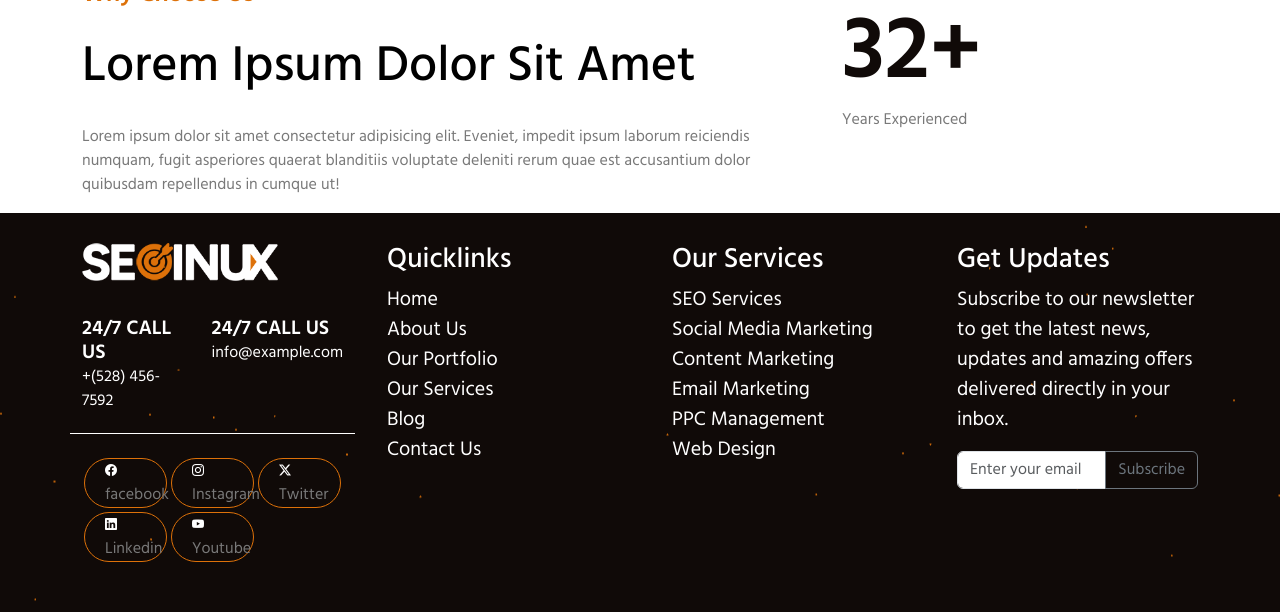
Repository: tagnam/seoinox
Page: about.html
These files come from the project's save history. The page is drawn as it stood at one moment and after a run of saves; the edit follows.
The browser window is 1280 px wide. The pictures show the part of the page from y = 3019 to 3631 px (the page is 3631 px tall before and 3607 px after).
A picture or video elsewhere on the page could not be fetched, so the positions and the page height are approximate. Backgrounds fixed to the window are drawn as part of the page.

Above is the page before, as saved 2025-02-26 11:06:32.

### about.html
<!DOCTYPE html>
<html lang="en">
<head>
    <meta charset="UTF-8">
    <meta name="viewport" content="width=device-width, initial-scale=1.0">
    <title>SEOINOX</title>
    <link href="https://cdn.jsdelivr.net/npm/bootstrap@5.3.3/dist/css/bootstrap.min.css" rel="stylesheet" integrity="sha384-QWTKZyjpPEjISv5WaRU9OFeRpok6YctnYmDr5pNlyT2bRjXh0JMhjY6hW+ALEwIH" crossorigin="anonymous">
    <link rel="stylesheet" href="style/css/style.css">
    <link rel="stylesheet" href="style/css/responsive.css">
    <link rel="stylesheet" href="style/css/animation.css">
</head>


<body>
  <header>
    <nav class="navbar navbar-expand-lg ">
        <div class="container-fluid">
          <a class="navbar-brand" href="#"><img src="images/main-logo-sec.png" width="100%" alt=""></a>
          <button class="navbar-toggler" type="button" data-bs-toggle="collapse" data-bs-target="#navbarSupportedContent" aria-controls="navbarSupportedContent" aria-expanded="false" aria-label="Toggle navigation">
            <span class="navbar-toggler-icon"></span>
          </button>
          <div class="collapse navbar-collapse custom-navbar-collapse" id="navbarSupportedContent">
            <ul class="navbar-nav custom-navbar-nav">
              <li class="nav-item">
                <a class="nav-link active" aria-current="page" href="/">Home</a>
              </li>
              <li class="nav-item">
                <a class="nav-link" href="about.html">About US</a>
              </li>
              <li class="nav-item">
                <a class="nav-link" href="portfolio.html">Our Portfolio</a>
              </li>
              <li class="nav-item">
                <a class="nav-link" href="service.html">Our Services</a>
              </li>
              <li class="nav-item">
                <a class="nav-link" href="blog.html">Blog</a>
              </li>
              <li class="nav-item">
                <a class="nav-link" href="contact.html">Contact Us</a>
              </li>
            </ul>
            <div class="d-flex" role="search">
                    <div class="menu-icon">
                        <div class="menu-icon-item"> </div>
                        <div class="menu-icon-item"></div>
                        <div class="menu-icon-item"></div>
                    </div>
            </div>
          </div>
        </div>
      </nav>
  </header>


<!--====================================== start hero section  ============================-->
 <section class="inner-page-hero-section">
    <div class="container">
        <div class="row">
                <div class="col-lg-12" style="z-index: 10;">
                    <div class="page-title">
                        <h2> About Us</h2>
                    </div>
                </div>
        </div>
    </div>
    <div class="overlay"></div>
 </section>

<!--====================================== end hero section  ============================-->

  <!--====================================== start about section  ============================-->
  <section class="about-section">
    <div class="container">
      <div class="row">
        <div class="col-lg-6" style="height: 800px;">
          <div class="about-img-container">
            <img src="images/about-image.png" alt="">
          </div>
        </div>
        <div class="col-lg-6">

          <div class="about-content-container">
            <div class="about-content">
              <h2 class="about-main-heading" style="text-align: start;">About Us</h2>
              <p class="about-sub-heading" style="text-align: start ; line-height: 80px;">Lorem ipsum dolor sit amet</p>
          </div>
          <p>At the core of our journey lies a commitment to driving growth fueled by a combination of expertise and passion. We believe growth is not just about numbers—it's about creating meaningful impact, fostering innovation, and building relationships that last. Our team brings a wealth of knowledge, experience, and dedication to every project.</p>
          <div class="about-card card">
            <div class="row g-4">
              <div class="col" style="background-color: #F7F7F7; border-radius: 15px;  ">
                <div class="card-body mission-vission">
                  <h5 class="card-title">Our Mission</h5>
                  <p class="card-text">Lorem ipsum dolor sit amet, consectetur adipiscing elit. </p>
                </div>
              </div>
              <div class="col" >
                <div class="card-body mission-vission">
                  <h5 class="card-title">Our Vision</h5>
                  <p class="card-text">Lorem ipsum dolor sit amet, consectetur adipiscing elit. </p>
                </div>
              </div>
            </div>
          </div>
        </div>
        </div>
      </div>
    </div>
  </section>

    <!--====================================== end about section  ============================-->
    <div class="clearfix"></div>


    <!--====================================== start choice  section  ============================-->

<section class="ab-page-choice-section">
<div class="container">
  <div class="row">
    <div class="col-lg-6" style="padding: 0px 50px;">
      <div class="about-content" >
        <h2 class="about-main-heading" style="text-align: start;">About Us</h2>
        <p class="about-sub-heading" style="text-align: start ; line-height: 80px; color: #fff;">Lorem ipsum dolor sit amet</p>
        <p style="text-align: start; color: #F7F7F7;">At the core of our journey lies a commitment to driving growth fueled by a combination of expertise and passion. We believe growth is not just about numbers—it's about creating meaningful impact, fostering innovation, and building relationships that last. Our team brings a wealth of knowledge, experience, and dedication to every project.</p>

    </div>
    </div>
    <div class="col-lg-6" style="padding: 0px 50px;">
      <div class="row row-cols-1 row-cols-md-2 g-4">
        <div class="col">
            <div class="card-body" style="color: #fff;">
              <h5 class="card-title choice-num">60<span>M</span></h5>
              <p class="card-text">Lorem ipsum dolor sit amet, consectetur adipiscing elit. </p>
          </div>
        </div>
        <div class="col">
          <div class="card-body" style="color: #fff;">
            <h5 class="card-title choice-num">80<span>%</span></h5>
            <p class="card-text">Lorem ipsum dolor sit amet, consectetur adipiscing elit. </p>
        </div>
        </div>
        <div class="col">
          <div class="card-body" style="color: #fff;">
            <h5 class="card-title choice-num">95<span>%</span> </h5>
            <p class="card-text">Lorem ipsum dolor sit amet, consectetur adipiscing elit. </p>
        </div>
        </div>
        <div class="col">
          <div class="card-body" style="color: #fff;">
            <h5 class="card-title choice-num">75<span>K</span> </h5>
            <p class="card-text">Lorem ipsum dolor sit amet, consectetur adipiscing elit. </p>
        </div>
        </div>
      </div>
    </div>
  </div>
</div>

</section>

        <!--====================================== end choice section  ============================-->

  <!--====================================== start choose section  ============================-->


  <section class="choose-section">
    <div class="container">
      <div class="row">
          <div class="col-lg-6 d-flex align-items-center">
              <div class="about-content">
                  <h2 class="about-main-heading" style="text-align: start;">Why Choose Us</h2>
                  <p class="about-sub-heading" style="text-align: start; font-size: 50px;">Lorem ipsum dolor sit amet</p>
                  <p  style="text-align: start;">Lorem ipsum dolor sit amet consectetur adipisicing elit. Eveniet, impedit ipsum laborum reiciendis numquam, fugit asperiores quaerat blanditiis voluptate deleniti rerum quae est accusantium dolor quibusdam repellendus in cumque ut!</p>

              </div>
          </div>
          <div class="col-lg-6">
            <div class="chooise-card-container">
              <div class="card chooise-card mb-5" >
                <div class="row g-0">
                  <div class="col-md-3">
                    <div class="choice-img-container">
                      <img src="images/step1.png" class="img-fluid" alt="...">
                    </div>
                  </div>
                  <div class="col-md-9">
                    <div class="card-body">
                      <h5 class="card-title choice-title">Card title</h5>
                      <p class="card-text">This is a wider card with supporting text below as a natural lead-in to additional content. This content is a little bit longer.</p>
                    </div>
                  </div>
                </div>
              </div>
              <div class="card chooise-card mb-5" >
                <div class="row g-0">
                  <div class="col-md-3">
                    <div class="choice-img-container">
                      <img src="images/step1.png" class="img-fluid" alt="...">
                    </div>
                  </div>
                  <div class="col-md-9">
                    <div class="card-body">
                      <h5 class="card-title choice-title">Card title</h5>
                      <p class="card-text">This is a wider card with supporting text below as a natural lead-in to additional content. This content is a little bit longer.</p>
                    </div>
                  </div>
                </div>
              </div>
              <div class="card chooise-card mb-5" >
                <div class="row g-0">
                  <div class="col-md-3">
                    <div class="choice-img-container">
                      <img src="images/step1.png" class="img-fluid" alt="...">
                    </div>
                  </div>
                  <div class="col-md-9">
                    <div class="card-body">
                      <h5 class="card-title choice-title">Card title</h5>
                      <p class="card-text">This is a wider card with supporting text below as a natural lead-in to additional content. This content is a little bit longer.</p>
                    </div>
                  </div>
                </div>
              </div>
              <div class="card chooise-card mb-5" >
                <div class="row g-0">
                  <div class="col-md-3">
                    <div class="choice-img-container">
                      <img src="images/step1.png" class="img-fluid" alt="...">
                    </div>
                  </div>
                  <div class="col-md-9">
                    <div class="card-body">
                      <h5 class="card-title choice-title">Card title</h5>
                      <p class="card-text">This is a wider card with supporting text below as a natural lead-in to additional content. This content is a little bit longer.</p>
                    </div>
                  </div>
                </div>
              </div>
            </div>
          </div>
      </div>
  </div>
</section>

  <!--====================================== end choose section  ============================-->
  <div class="clearfix"></div>

  <!--====================================== start team section  ============================-->

  <section>
    <div class="container">
      <div class="row">
        <div class="col-lg-8">
          <div class="about-content">
            <h2 class="about-main-heading" style="text-align: start;">Why Choose Us</h2>
            <p class="about-sub-heading" style="text-align: start; font-size: 50px;">Lorem ipsum dolor sit amet</p>
            <p  style="text-align: start;">Lorem ipsum dolor sit amet consectetur adipisicing elit. Eveniet, impedit ipsum laborum reiciendis numquam, fugit asperiores quaerat blanditiis voluptate deleniti rerum quae est accusantium dolor quibusdam repellendus in cumque ut!</p>

        </div>
        </div>
        <div class="col-lg-4">
          <div class="card-body">
            <h5 class="card-title exp-title">32+</h5>
            <p class="card-text">Years Experienced</p>
          </div>
        </div>
      </div>
    </div>
  </section>
  <!--====================================== end team section  ============================-->











<footer>
  <div class="container">
    <div class="row">
      <div class="col">
        <figure>
          <img src="images/main-logo.png" alt="" style="width: 75%;">
        </figure>
        <div class="row" style="padding: 20px 0px; border-bottom: 1px solid #fff;">
          <div class="col">
            <h4 class="footer-heading">24/7 CALL US</h4>
            <a href="" class="footer-link">+(528) 456-7592</a>
          </div>
          <div class="col">
            <h4 class="footer-heading">24/7 CALL US</h4>
            <a href="" class="footer-link">info@example.com</a>
          </div>
        </div>
        <div class="social-container row-cols-md-3  row g-1">
          <div class="col">
            <div class="social-icon"> <span><i class="bi bi-facebook"></i></span> facebook </div>
          </div>
          <div class="col">
            <div class="social-icon"> <span><i class="bi bi-instagram"></i></span> Instagram </div>
          </div>
          <div class="col">
            <div class="social-icon"> <span><i class="bi bi-twitter-x"></i></span> Twitter </div>
          </div>
          <div class="col">
            <div class="social-icon"> <span><i class="bi bi-linkedin"></i></span> Linkedin</div>
          </div>
          <div class="col">
            <div class="social-icon"> <span><i class="bi bi-youtube"></i></span> Youtube</div>
          </div>
        </div>
      </div>
      <div class="col">
          <div class="footer-content-heading">
              <h3><i class="ri-circle-fill"></i> Quicklinks</h3>
              <ul class="footer-list">
                <li><i class="ri-arrow-right-double-line"></i> <a class="footer-link" href="">Home</a></li>
                <li><i class="ri-arrow-right-double-line"></i> <a class="footer-link" href="">About Us</a></li>
                <li><i class="ri-arrow-right-double-line"></i> <a class="footer-link" href="">Our Portfolio</a></li>
                <li><i class="ri-arrow-right-double-line"></i> <a class="footer-link" href="">Our Services</a></li>
                <li><i class="ri-arrow-right-double-line"></i> <a class="footer-link" href="">Blog</a></li>
                <li><i class="ri-arrow-right-double-line"></i> <a class="footer-link" href="">Contact Us</a></li>
          </div>
      </div>
      <div class="col">
        <div class="footer-content-heading">
          <h3><i class="ri-circle-fill"></i> Our Services</h3>
            <ul class="footer-list">
              <li><i class="ri-arrow-right-double-line"></i> <a class="footer-link" href="">SEO Services</a></li>
              <li><i class="ri-arrow-right-double-line"></i> <a class="footer-link" href="">Social Media Marketing</a></li>
              <li><i class="ri-arrow-right-double-line"></i> <a class="footer-link" href="">Content Marketing</a></li>
              <li><i class="ri-arrow-right-double-line"></i> <a class="footer-link" href="">Email Marketing</a></li>
              <li><i class="ri-arrow-right-double-line"></i> <a class="footer-link" href="">PPC Management</a></li>
              <li><i class="ri-arrow-right-double-line"></i> <a class="footer-link" href="">Web Design</a></li>
            </ul>
      </div>
      </div>
      <div class="col">
        <div class="footer-content-heading">
          <h3><i class="ri-circle-fill"></i> Get Updates</h3>
          <p>Subscribe to our newsletter to get the latest news, updates and amazing offers delivered directly in your inbox.</p>
          <form action="">
            <div class="input-group mb-3">
              <input type="text" class="form-control" placeholder="Enter your email" aria-label="Recipient's username" aria-describedby="button-addon2">
              <button class="btn btn-outline-secondary" type="button" id="button-addon2">Subscribe</button>
            </div>
          </form>

      </div>
      </div>
    </div>
  </div>
</footer>
<script src="https://cdn.jsdelivr.net/npm/bootstrap@5.3.3/dist/js/bootstrap.bundle.min.js" integrity="sha384-YvpcrYf0tY3lHB60NNkmXc5s9fDVZLESaAA55NDzOxhy9GkcIdslK1eN7N6jIeHz" crossorigin="anonymous"></script>
<script src="https://unpkg.com/@studio-freight/lenis@1.0.42/dist/lenis.min.js"></script>

<script src="style/js/custom.js"></script>
</body>
</html>

Loaded but not shown: style/js/custom.js (12 lines, source omitted); style/css/style.css (602 lines, source omitted); style/css/responsive.css (no stored copy; drawn as an empty file); style/css/animation.css (no stored copy; drawn as an empty file)

After the next 2 saves:
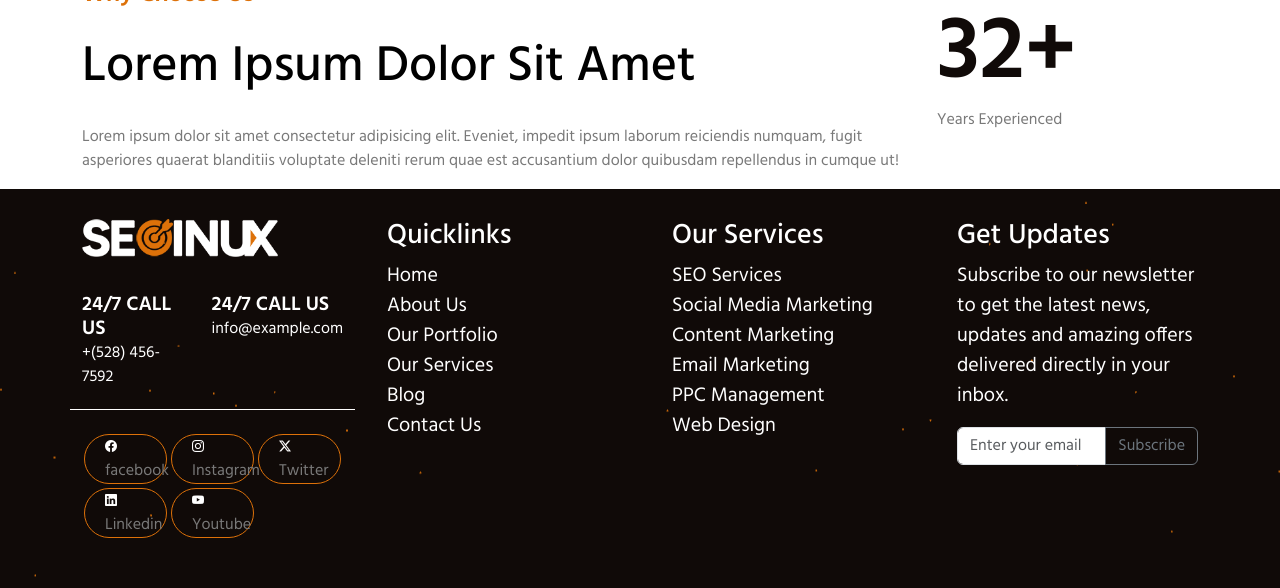
The 2 saves are shown as one change because they came seconds apart.
The last was saved 20 s later.
--- a/about.html
+++ b/about.html
@@ -250,7 +250,7 @@
   <section>
     <div class="container">
       <div class="row">
-        <div class="col-lg-8">
+        <div class="col-lg-9">
           <div class="about-content">
             <h2 class="about-main-heading" style="text-align: start;">Why Choose Us</h2>
             <p class="about-sub-heading" style="text-align: start; font-size: 50px;">Lorem ipsum dolor sit amet</p>
@@ -258,7 +258,7 @@
 
         </div>
         </div>
-        <div class="col-lg-4">
+        <div class="col-lg-3">
           <div class="card-body">
             <h5 class="card-title exp-title">32+</h5>
             <p class="card-text">Years Experienced</p>
